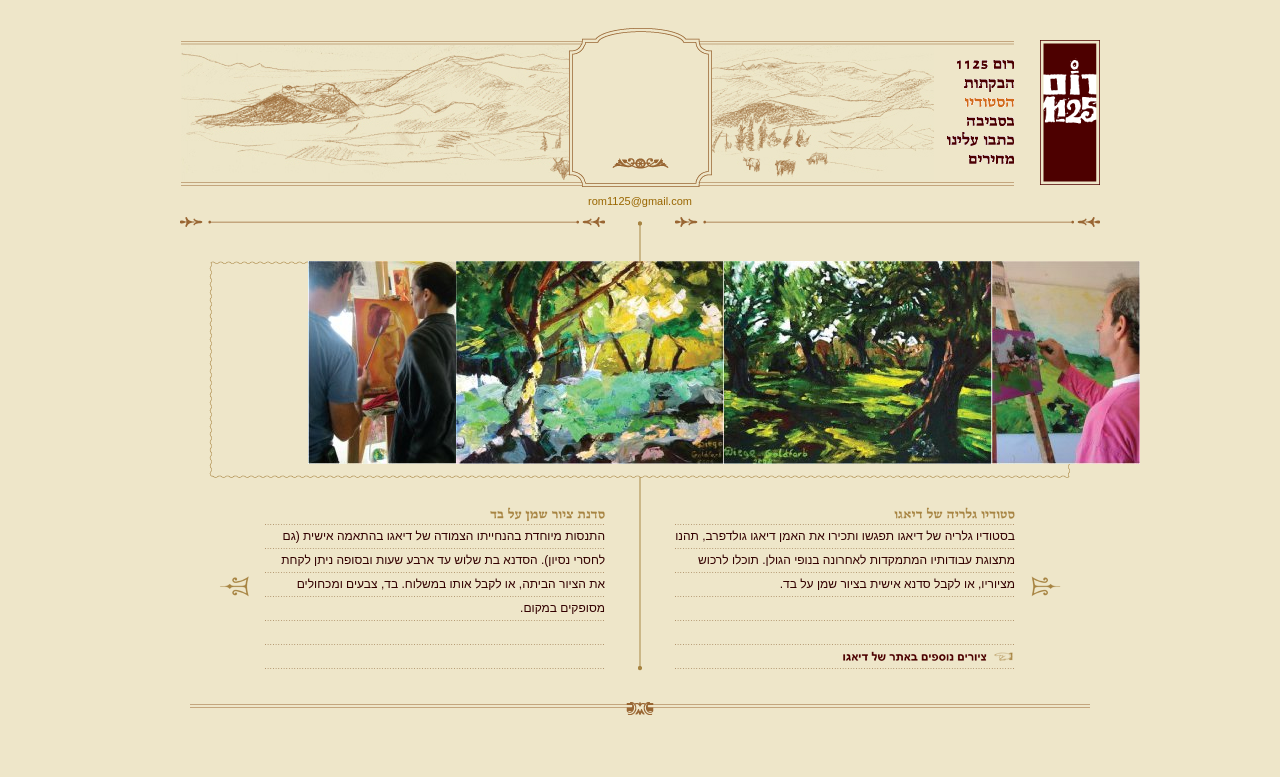
Repository: asafg/rom1125
Page: rom1125/WebContent/studio.html
These files come from the project's save history. The page is drawn as it stood at one moment and after the next save; the edit follows.
The browser window is 1280 px wide. The pictures show the whole page.

Above is the page before, as saved 2010-06-11 10:51:53.

After the next save:
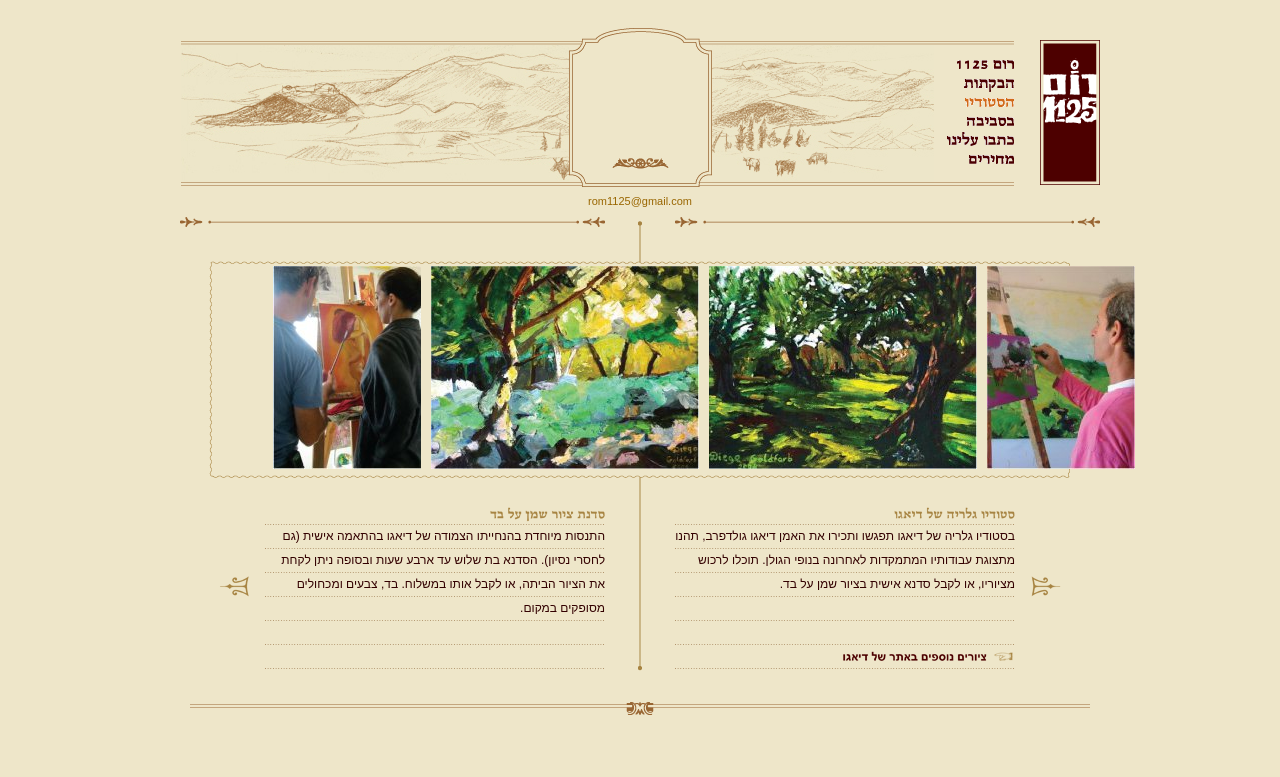
Saved 2 min 49 s later.
--- a/rom1125/WebContent/css/studio.css
+++ b/rom1125/WebContent/css/studio.css
@@ -10,6 +10,7 @@
 #frame img
 {
 	float: right;
+	margin: 5px 5px;
 }
 
 #prices_wide_photo
